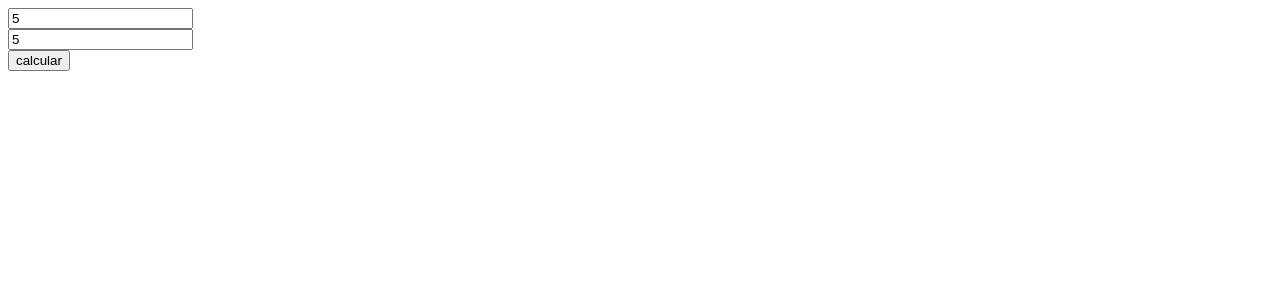
Repository: acch2/proyecto_portafolio_alex
Page: triangulo.html
The author's editor kept a copy of each file at every save. The page is drawn from the files as they stood at one save, then again after the next save.
The browser window is 1280 px wide. The pictures show the whole page.
Empty fields were first filled with sample values (such as "Sample", 5 or name@example.com).
After loading, the first visible `#btnCalcular` was clicked once.

Above is the page before, as saved 2020-05-26 19:23:22.

### triangulo.html
<!DOCTYPE html>
<html lang="en">

<head>

    <title>Ejercicios</title>

</head>

<body>
    <input type="number" id="n1" placeholder="cateto A"><br/>
    <input type="number" id="n2" placeholder="cateto b"><br/>
    <button id="btnCalcular">calcular</button>
    <p id="resp"></p>
    <script type="text/javascript">
        boton = document.getElementById("btnCalcular");
        cat1 = document.getElementById("n1");
        cat2 = document.getElementById("n2");
        boton.onclick = function() {
            a = cat1.value;
            b = cat2.value;
            c = Math.sqrt(a * a + b * b);
            console.log("hipotenusa:" + c);

            //raiz cuirada

        }
    </script>
</body>

</html>

After the next save:
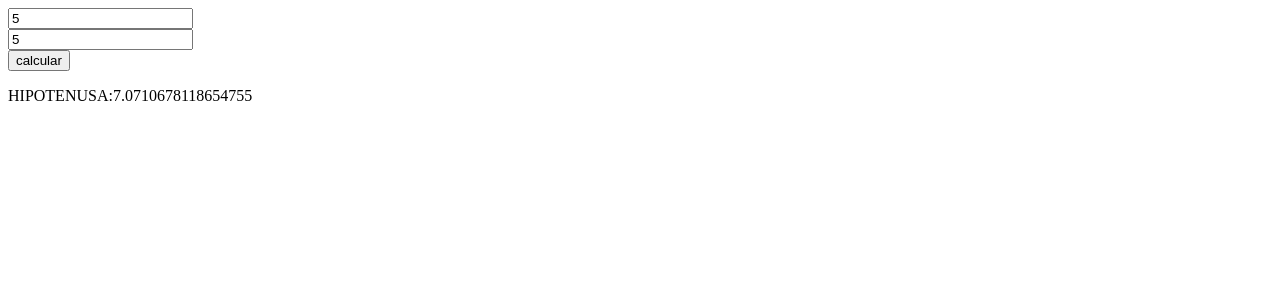
Saved 3 min 9 s later.
--- a/triangulo.html
+++ b/triangulo.html
@@ -16,13 +16,14 @@
         boton = document.getElementById("btnCalcular");
         cat1 = document.getElementById("n1");
         cat2 = document.getElementById("n2");
+        texto = document.getElementById("resp");
         boton.onclick = function() {
             a = cat1.value;
             b = cat2.value;
             c = Math.sqrt(a * a + b * b);
             console.log("hipotenusa:" + c);
+            texto.innerHTML = "HIPOTENUSA:" + c;
 
-            //raiz cuirada
 
         }
     </script>
